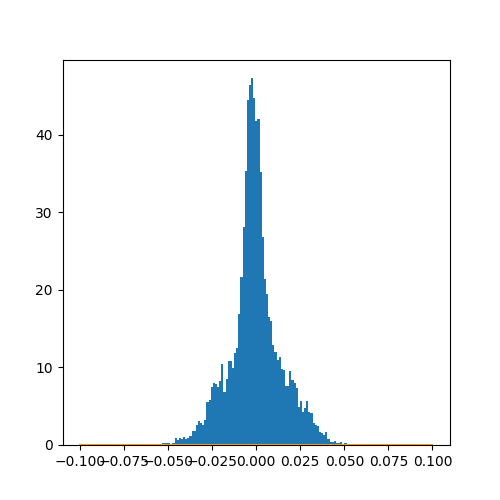
Repository: nishimuraHikar/PythonShowGraph
Script's output: python main.py
These files come from the project's save history. The script's output is drawn as it stood at one moment and after the next save; the edit follows.
Random numbers start from a fixed seed.

Above is the script's output before, as saved 2022-03-03 02:16:36.

After the next save:
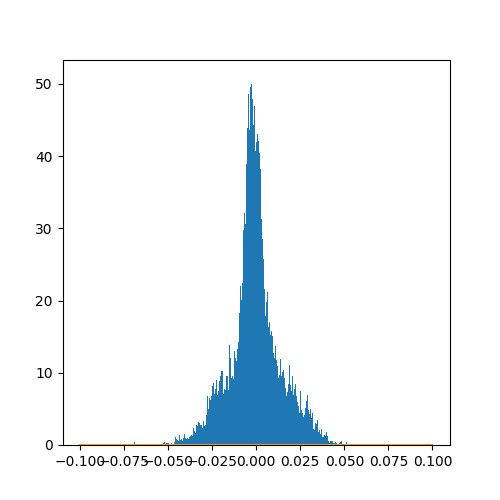
Saved 11 s later.
--- a/main.py
+++ b/main.py
@@ -13,4 +13,4 @@ predictdatay = graph.ReadColumn(datafile, 4)
 # graph.graph_1data(timedata, rawdata, "Raw Data")
 # graph.graph_2data(timedata, rawdata, predictdata, "Raw Data", "Predict Data")
 # graph.multiplot_2and1(timedata, forcedatax, predictdatax, forcedatay,predictdatay, "Actual X", "Predict X", "Actual Y", "Predict Y")
-graph.histgram(forcedatax-predictdatax, 100, 10)
+graph.histgram(forcedatax-predictdatax, 500, 10)
